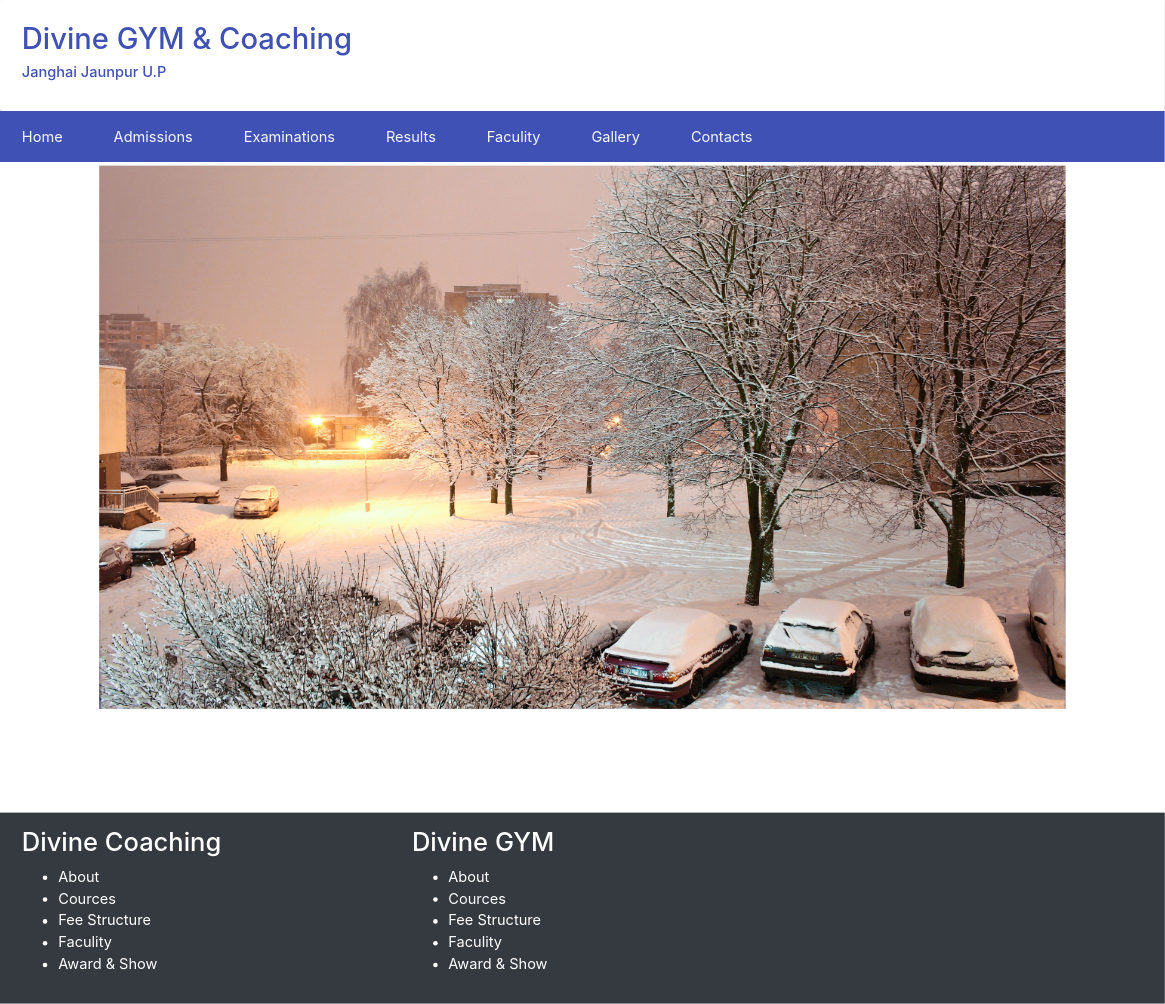
Repository: lalji-yadav/vikash-Coaching-frontend
Page: /gallery
These files come from the project's save history. The page is drawn as it stood at one moment and after the next save; the edit follows.
The browser window is 1280 px wide. The pictures show the whole page, at 91% of full size.
The project was rebuilt for these pictures with package versions that can differ from the ones it lists, and the page was loaded fresh each time. Also part of the build but not shown: src/index.css, src/home/home.js, src/component/admission/admission.js, src/component/examination/examination.js, src/component/results/result.js, src/component/faculity/faculity.js.

Above is the page before, as saved 2021-04-11 12:46:26.

### public/index.html
<!DOCTYPE html>
<html lang="en">
  <head>
    <meta charset="utf-8" />
    <link rel="icon" href="%PUBLIC_URL%/favicon.ico" />
    <meta name="viewport" content="width=device-width, initial-scale=1" />
    <meta name="theme-color" content="#000000" />
    <meta
      name="description"
      content="Web site created using create-react-app"
    />


    <link rel="preconnect" href="https://fonts.gstatic.com">
    <link href="https://fonts.googleapis.com/css2?family=Open+Sans:wght@400;700&display=swap" rel="stylesheet">

    <link rel="apple-touch-icon" href="%PUBLIC_URL%/logo192.png" />
    <!--
      manifest.json provides metadata used when your web app is installed on a
      user's mobile device or desktop. See https://developers.google.com/web/fundamentals/web-app-manifest/
    -->
    <link rel="manifest" href="%PUBLIC_URL%/manifest.json" />


    <link rel="preconnect" href="https://fonts.gstatic.com">
<link href="https://fonts.googleapis.com/css2?family=Open+Sans&display=swap" rel="stylesheet">
    <!--
      Notice the use of %PUBLIC_URL% in the tags above.
      It will be replaced with the URL of the `public` folder during the build.
      Only files inside the `public` folder can be referenced from the HTML.

      Unlike "/favicon.ico" or "favicon.ico", "%PUBLIC_URL%/favicon.ico" will
      work correctly both with client-side routing and a non-root public URL.
      Learn how to configure a non-root public URL by running `npm run build`.
    -->
    <title>React App</title>
  </head>
  <body>
    <noscript>You need to enable JavaScript to run this app.</noscript>
    <div id="root"></div>
    <!--
      This HTML file is a template.
      If you open it directly in the browser, you will see an empty page.

      You can add webfonts, meta tags, or analytics to this file.
      The build step will place the bundled scripts into the <body> tag.

      To begin the development, run `npm start` or `yarn start`.
      To create a production bundle, use `npm run build` or `yarn build`.
    -->
  </body>
</html>

### src/App.js
import React from 'react';
import Header from "../src/header/header"
import { BrowserRouter } from 'react-router-dom';
import Footer from '../src/footer/footer'


function App() {
  return (
    <div style={{overflowX:"hidden"}}>

      <BrowserRouter>
          <Header />
      </BrowserRouter>


      {/* <Routers /> */}


      <Footer />

    </div>
  );
}

export default App;

### src/header/header.js
import React, { Component } from 'react';
import   "./headers.css"
import {Navbar, Nav } from 'react-bootstrap';
import { Card } from '@material-ui/core';
import { Link } from "react-router-dom";
import Routers from "../router/router"

class header extends Component {
    render() {
        return (
            <div>
                <Card className="py-4 pl-4">
                    <h2 style={{color:"#3f51b5"}}>Divine GYM & Coaching </h2>
                    <h6 style={{color:"#3f51b5"}}>Janghai Jaunpur U.P</h6>
                </Card>

                <Navbar style={{backgroundColor:"#3f51b5"}} variant="light" expand="lg">
                    <Navbar.Toggle aria-controls="basic-navbar-nav" />
                    <Navbar.Collapse id="basic-navbar-nav">
                    <Nav className="text-light">
                        <Nav.Link className="text-light pr-5" as={Link} to="/home">Home</Nav.Link>
                        <Nav.Link className="text-light pr-5" as={Link} to="/admission">Admissions</Nav.Link>
                        <Nav.Link className="text-light pr-5" as={Link} to="/examination">Examinations</Nav.Link>
                        <Nav.Link className="text-light pr-5" as={Link} to="/results">Results</Nav.Link>
                        <Nav.Link className="text-light pr-5" as={Link} to="/faculity">Faculity</Nav.Link>
                        <Nav.Link className="text-light pr-5" as={Link} to="/gallery">Gallery</Nav.Link>
                        <Nav.Link className="text-light pr-5" as={Link} to="/service">Contacts</Nav.Link>

                    </Nav>
                    </Navbar.Collapse>
                </Navbar>

                <Routers> </Routers>

            </div>
        );
    }
}

export default header;

### src/footer/footer.js
import React, { Component } from 'react';
// import { Card } from 'react-bootstrap';

class footer extends Component {
    render() {
        return (
              <div className="row bg-dark text-white mt-5 py-3 pl-4">

                  <div className="col-sm-4">
                  <h3> Divine Coaching </h3>
                  <ul>
                         <li> About </li>
                         <li> Cources </li>
                         <li> Fee Structure </li>
                         <li> Faculity </li>
                         <li> Award & Show </li>
                     </ul>
                  </div>

                  <div className="col-sm-4">
                  <h3> Divine GYM </h3>
                  <ul>
                         <li> About </li>
                         <li> Cources </li>
                         <li> Fee Structure </li>
                         <li> Faculity </li>
                         <li> Award & Show </li>
                     </ul>
                  </div>
              </div>
        );
    }
}

export default footer;

### src/header/headers.css
.header {
    color: black;
    font-size: 2vw;
    padding: 25px 10px 25px 10px;
    background-color: rgb(150, 153, 150);
}
.nav.navbar-nav.navbar-right li a {
    color: blue;
}
.nav-link {
    color: white;
  }
#nav-link {
   color: white;
}
a:hover {
    color: wheat;
}
@media (min-width: 992px) {
.navbar-expand-lg .navbar-nav .nav-link {
    padding-right: 5.5rem;
    padding-left: 5.5rem;
}
}

### src/router/router.js
import React, { Component } from 'react';
import {
    Switch,
    Route
  } from "react-router-dom";
  import Home from '../home/home'
  import Admission from "../component/admission/admission"
  import Examination from "../component/examination/examination"
  import Result from "../component/results/result"
  import Faculity from "../component/faculity/faculity"
import Gallery from '../component/gallery/gallery';

class router extends Component {
    render() {
        return (
            <div>
                   <Switch>
                    <Route exact path="/" component={Home} />
                    <Route exact path="/home" component={Home} />
                    <Route exact path="/admission" component={Admission} />
                    <Route exact path="/examination" component={Examination} />
                    <Route exact path="/results" component={Result} />
                    <Route exact path="/faculity" component={Faculity} />
                    <Route exact path="/gallery" component={Gallery} />
                    </Switch>

            </div>
        );
    }
}

export default router;

### src/component/gallery/gallery.js
// import { Height } from '@material-ui/icons';
import React, { Component } from 'react';

class gallery extends Component {
    render() {
        return (
            <div>
                <div className="row">
                    <div className="col-sm-10 offset-sm-1 mt-1">
                        <img style={{width:"100%", height:"90%"}}
                         src={process.env.PUBLIC_URL + '/image/gallery/Admin/0 (22) - Copy.jpg'} alt="" />
                    </div>
                    <div className="col-md-5">

                    </div>

                </div>
            </div>
        );
    }
}

export default gallery;

Loaded but not shown: src/index.js (common file); src/serviceWorker.js (common file)

After the next save:
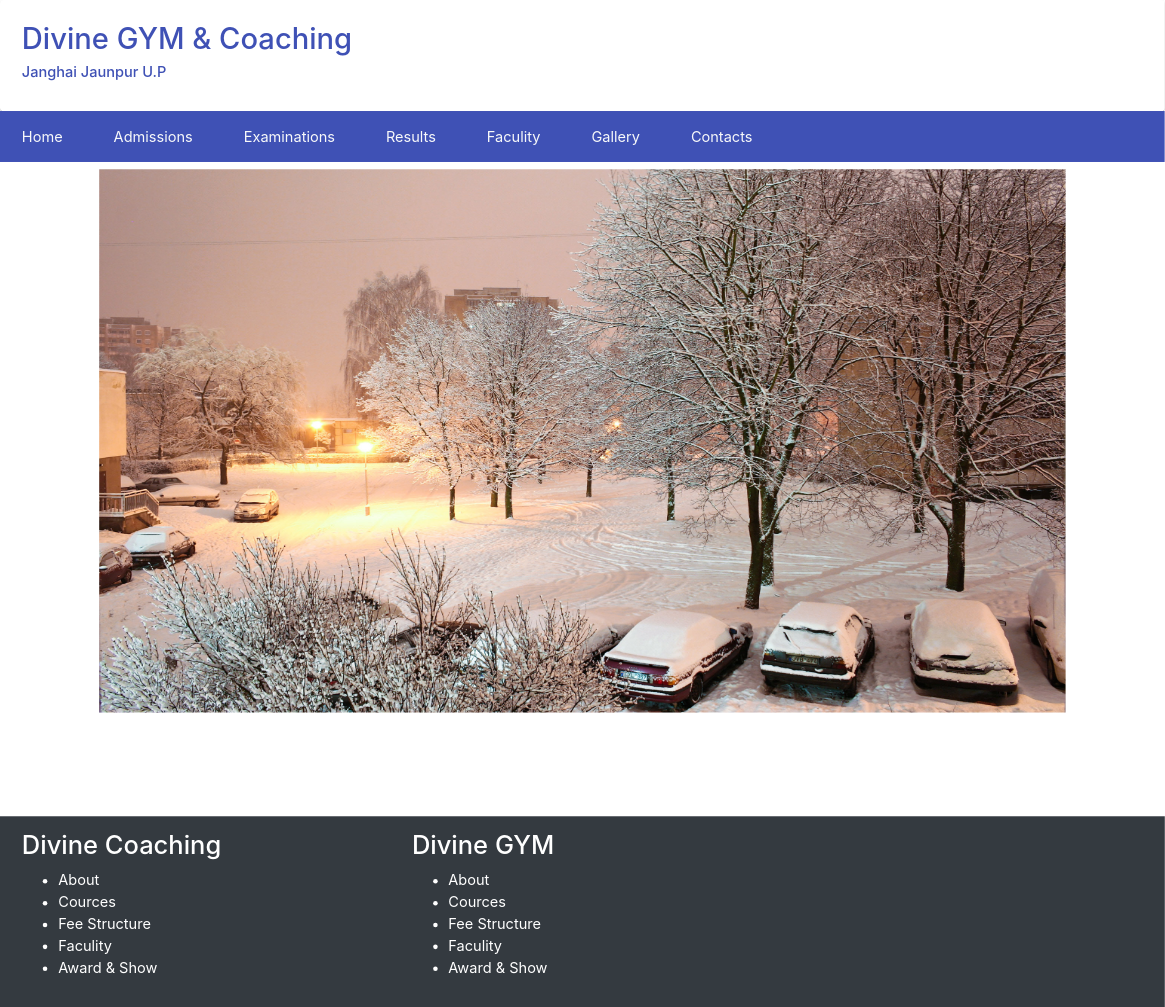
Saved 7 s later.
--- a/src/component/gallery/gallery.js
+++ b/src/component/gallery/gallery.js
@@ -6,7 +6,7 @@ class gallery extends Component {
         return (
             <div>
                 <div className="row">
-                    <div className="col-sm-10 offset-sm-1 mt-1">
+                    <div className="col-sm-10 offset-sm-1 mt-2">
                         <img style={{width:"100%", height:"90%"}}
                          src={process.env.PUBLIC_URL + '/image/gallery/Admin/0 (22) - Copy.jpg'} alt="" />
                     </div>
